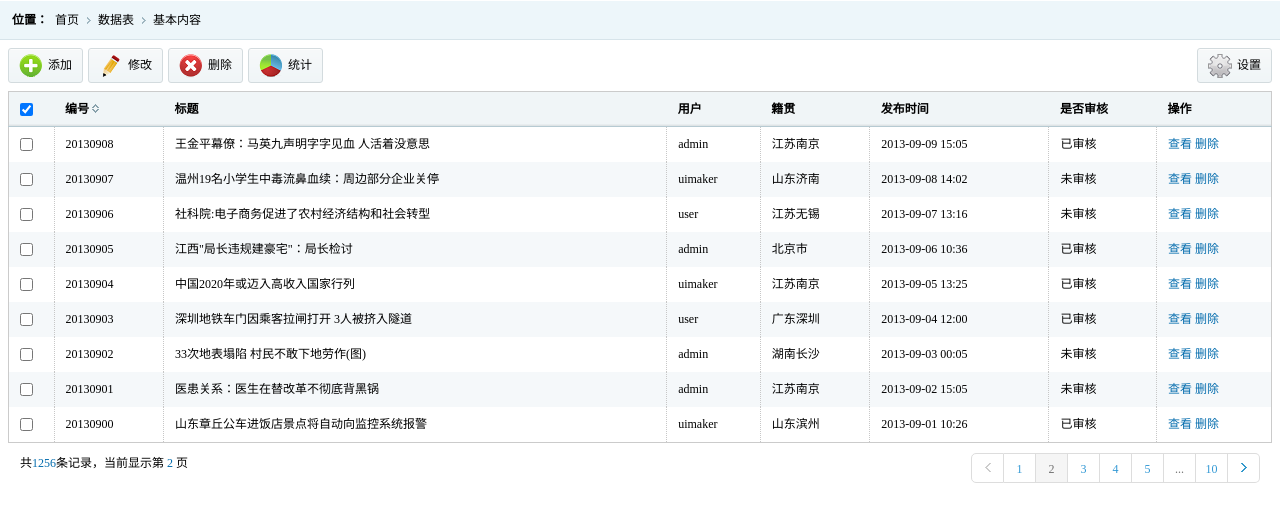
Repository: kyrieqing1/logistics
Page: http://localhost/logistics-manager-web/WEB-INF/jsp/role/role.jsp
The author's editor kept a copy of each file at every save. The page is drawn from the files as they stood at one save, then again after the next save.
The browser window is 1280 px wide. The pictures show the whole page.
The page is served by Tomcat 9. Nobody is signed in. The template is opened directly, without the code that normally fills it, so the values that code supplies are empty.

Above is the page before, as saved 2019-06-21 11:04:24.

After the next save:
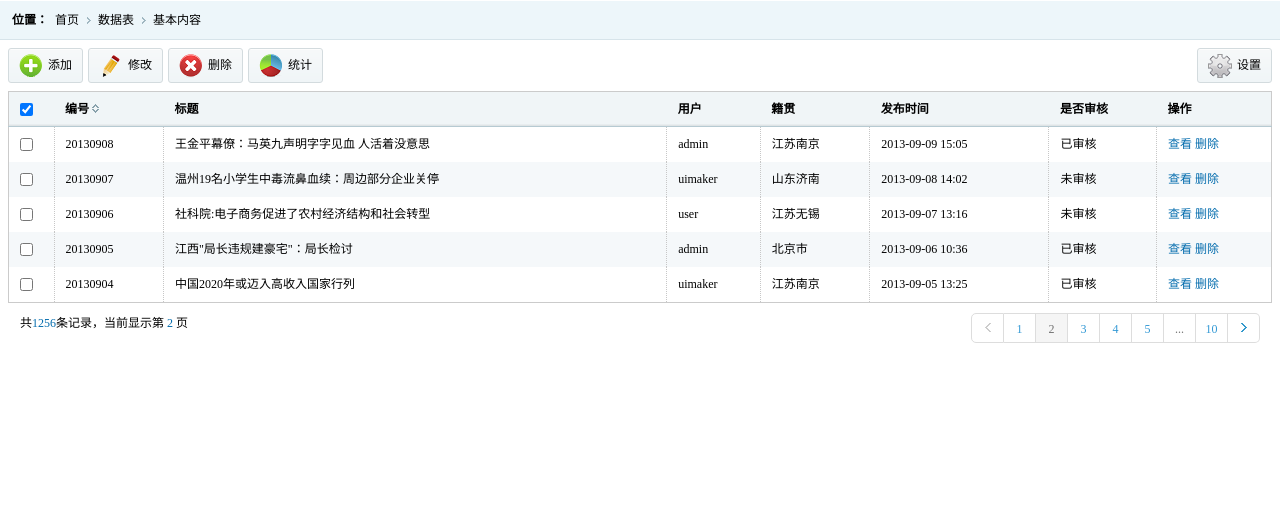
Saved 2 min 43 s later.
--- a/logistics-parent/logistics-manager/logistics-manager-web/src/main/webapp/WEB-INF/jsp/role/role.jsp
+++ b/logistics-parent/logistics-manager/logistics-manager-web/src/main/webapp/WEB-INF/jsp/role/role.jsp
@@ -133,49 +133,6 @@ $(document).ready(function(){
         <td><a href="#" class="tablelink">查看</a>     <a href="#" class="tablelink">删除</a></td>
         </tr>
 
-        <tr>
-        <td><input name="" type="checkbox" value="" /></td>
-        <td>20130903</td>
-        <td>深圳地铁车门因乘客拉闸打开 3人被挤入隧道</td>
-        <td>user</td>
-        <td>广东深圳</td>
-        <td>2013-09-04 12:00</td>
-        <td>已审核</td>
-        <td><a href="#" class="tablelink">查看</a>     <a href="#" class="tablelink">删除</a></td>
-        </tr>
-
-        <tr>
-        <td><input name="" type="checkbox" value="" /></td>
-        <td>20130902</td>
-        <td>33次地表塌陷 村民不敢下地劳作(图)</td>
-        <td>admin</td>
-        <td>湖南长沙</td>
-        <td>2013-09-03 00:05</td>
-        <td>未审核</td>
-        <td><a href="#" class="tablelink">查看</a>     <a href="#" class="tablelink">删除</a></td>
-        </tr>
-
-        <tr>
-        <td><input name="" type="checkbox" value="" /></td>
-        <td>20130901</td>
-        <td>医患关系：医生在替改革不彻底背黑锅</td>
-        <td>admin</td>
-        <td>江苏南京</td>
-        <td>2013-09-02 15:05</td>
-        <td>未审核</td>
-        <td><a href="#" class="tablelink">查看</a>     <a href="#" class="tablelink">删除</a></td>
-        </tr>
-
-        <tr>
-        <td><input name="" type="checkbox" value="" /></td>
-        <td>20130900</td>
-        <td>山东章丘公车进饭店景点将自动向监控系统报警</td>
-        <td>uimaker</td>
-        <td>山东滨州</td>
-        <td>2013-09-01 10:26</td>
-        <td>已审核</td>
-        <td><a href="#" class="tablelink">查看</a>     <a href="#" class="tablelink">删除</a></td>
-        </tr>
         </tbody>
     </table>
 
